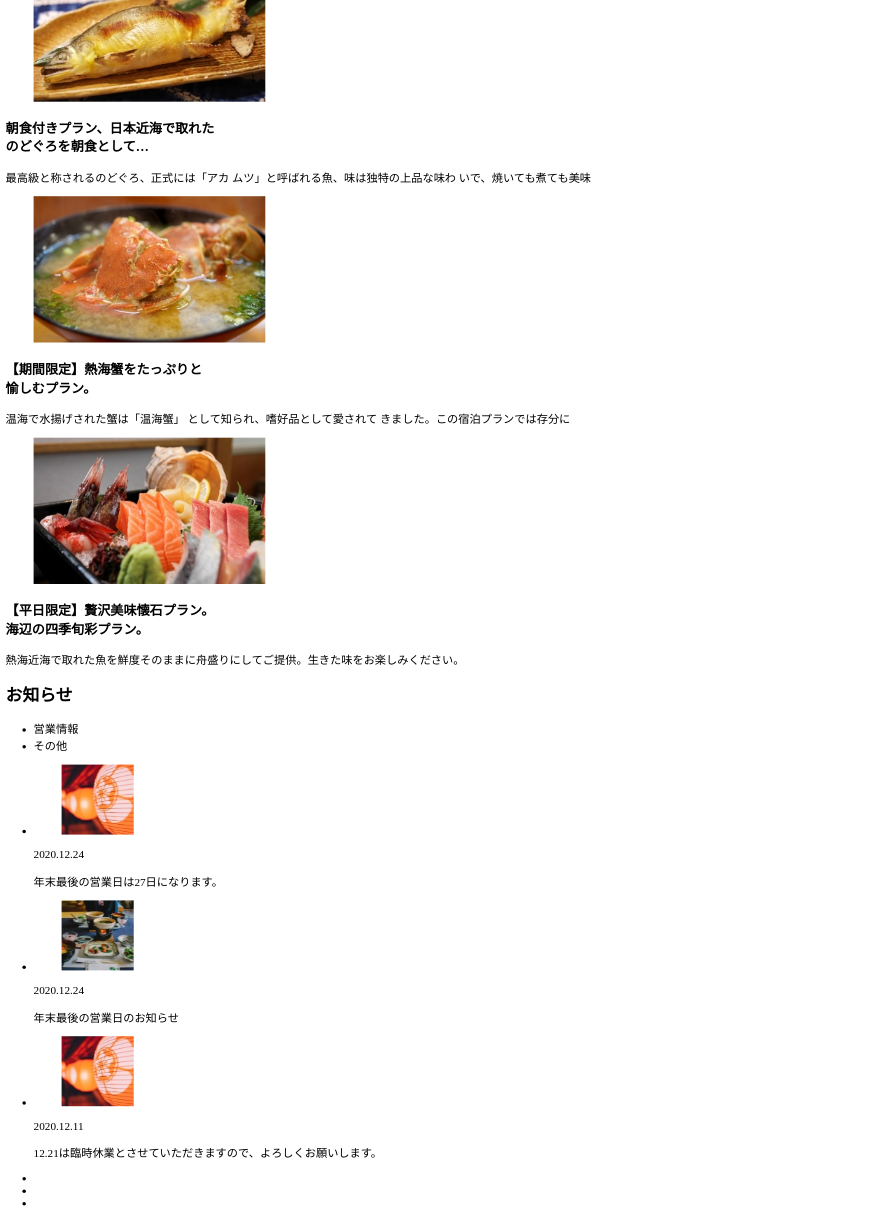
Repository: yuukiyokoyama/compex1
Page: index.html
An editor plug-in stored every save of this project. The page is shown before and after the next save, followed by the edit.
The browser window is 1280 px wide. The pictures show the part of the page from y = 3476 to 5396 px (the page is 5220 px tall before and 5396 px after), at 70% of full size.

Above is the page before, as saved 2021-09-17 23:35:47.

### index.html
<!DOCTYPE html>
<html lang="ja">
  <head>
    <meta charset="UTF-8" />
    <meta http-equiv="X-UA-Compatible" content="IE=edge" />
    <meta name="viewport" content="width=device-width, initial-scale=1.0" />
    <title>Document</title>
  </head>
  <body data-aos-easing="ease" data-aos-duration="400" data-aos-delay="0">
    <div id="fv">
      <div class="fv__img" style="background-image: url(images/mainbg01.jpg)"></div>
      <div class="fv__img" style="background-image: url(images/mainbg02.jpg)"></div>
      <div class="fv__img" style="background-image: url(images/mainbg03.jpg)"></div>

      <header>
        <div class="header__inner">
          <div class="header__inner--left">
            <h1 class="header_site-title">
              <a href="#">石井花壇</a>
            </h1>
            <div class="header__menu">
              <nav>
                <ul class="header__list">
                  <li class="header__list-item">
                    <a href="room.html">お部屋</a>
                  </li>
                  <li class="header__list-item">
                    <a href="cuisine.html">お料理</a>
                  </li>
                  <li class="header__list-item">
                    <a href="hot-spring.html">温泉</a>
                  </li>
                </ul>
              </nav>
            </div>
            <!-- header__menu -->
          </div>
          <!-- header__inner--left -->
          <div class="header__inner--right">
            <button class="header__reservation">宿泊予約</button>
            <button class="burger_btn">
              <span class="bars">
                <span class="bar bar_top"></span>
                <span class="bar baar_mid"></span>
                <span class="bar bar_bottom"></span>
              </span>
            </button>
          </div>
          <!-- header__inner--right -->
          <!-- モーダルエリアここから -->
          <section id="modalArea" class="modalArea">
            <div id="modalBg" class="modalBg"></div>
            <div class="modalWrapper">
              <form class="modalContents">
                <h2 class="modalAria__title">宿泊予約</h2>
                <dl class="form__body">
                  <dt>
                    <label for="name">お名前</label>
                  </dt>
                  <dd class="form_text">
                    <input type="text" name="name" id="name" placeholder="例：石井正悟" />
                  </dd>
                </dl>
                <dl class="form__body">
                  <dt><label for="mail-address"></label> メールアドレス</dt>
                  <dd class="form_text">
                    <input
                      type="text"
                      name="mail-address"
                      id="mail-address"
                      placeholder="例：Example@example.com"
                    />
                  </dd>
                </dl>
                <dl class="form__body">
                  <dt>
                    <label for="desired-plan"
                      >ご希望プラン（空いているプランのみ表示されます）</label
                    >
                  </dt>
                  <dd class="form__text">
                    <select name="desired-plan" id="desired-plan">
                      <option value="hidden">プランを選択してください</option>
                      <option value="limited-time">
                        【期間限定】海辺の四季旬彩、贅沢美味懐石プラン
                      </option>
                      <option value="weekday-plan">平日に優雅に楽しむ、特別宿泊プラン</option>
                      <option value="family-plan">
                        絶景貸切露天と個室会席を満喫できるファミリープラン
                      </option>
                    </select>
                  </dd>
                </dl>
                <dl class="form__body">
                  <dt><label for="date-select">日時選択</label></dt>
                  <dd class="form__text">
                    <input
                      type="text"
                      class="flatpickr flatpickr-input"
                      placeholder="日時を選択してください"
                      readonly="readonly"
                    />
                  </dd>
                </dl>
                <input type="submit" class="form__submit-btn" value="送信する" />
                <div id="closeModal" class="closeModal">×</div>
              </form>
            </div>
          </section>
        </div>
        <!-- header__inner -->
      </header>
      <div class="copy">頑張る人の<br />頑張らない時間</div>
    </div>
    <!-- fv -->
    <main>
      <article>
        <section class="preface">
          <div class="section__wrapper">
            <div
              class="preface__body aos-init aos-animate"
              data-aos="fade-up"
              data-aos-duration="2000"
            >
              <h2 class="preface_title">
                温海温泉の<br />
                美しさに癒されて<br />
              </h2>
              <p class="preface_text">
                東北の奥座敷である温海温泉泉卿<br />
                開湯は約1300年前とされ、役小角が<br />
                発見したと伝えられます
              </p>
              <p class="preface__text">
                石井花壇は江戸より続く由緒ある旅館で<br />
                クラシックな作りの中に大正ロマンあふれる<br />
                内装を残しております
              </p>
              <p class="preface_text">
                圧倒的癒しの空間で<br />
                頑張る現代人に<br />
                頑張らない圧倒的な非日常をご提供します
              </p>
              <p class="preface__name">石井花壇</p>
            </div>
            <!-- preface__body -->
          </div>
        </section>
        <section class="contents">
          <div class="contents__box">
            <figure
              class="contents__img-wrapper aos-init aos-animate"
              data-aos="fade-up"
              data-aos-duration="2000"
            >
              <img src="images/oheya-top.jpg" alt="お部屋" />
            </figure>
            <div
              class="contents__body aos-init aos-animate"
              data-aos="fade-up"
              data-aos-duration="2000"
            >
              <h3 class="contents__title">
                騒音から離れた空間<br />
                心落ち着く至極のひととき
              </h3>
              <p class="contents_text">
                まるで時が止まったかのような、圧倒的な静寂のなかで、<br />
                ひたすらにゆったりと…。<br />
                最高級の「何もしない時間」をお過ごしください。
              </p>
              <a class="coontents__btn" href="room.html">お部屋について</a>
            </div>
            <!-- contents__body -->
          </div>
          <!-- contents__box -->
          <div class="contents__box contents--reverse">
            <figure
              class="contents__img-wrapper--reverse aos-init aos-animate"
              data-aos="fade-up"
              data-duration="2000"
            >
              <img src="images/menu-top.jpg" alt="料理について" />
            </figure>
            <div
              class="contents__body contents__body--reveerse aos-init aos-animate"
              data-aos="fade-up"
              data-aos-duration="2000"
            >
              <h3 class="contents__title">
                出迎えるのは<br />
                極上の温海料理
              </h3>
              <p class="contents__text">
                最も旬の食材を愉しむ、最高の贅沢を<br />
                最高級A5ランクの米沢牛と共に頂く。<br />
                あなたの人生史に残る「極上の感動」を<br />
                お約束します。
              </p>
              <a href="cuisine.html" class="contents__btn">利用について</a>
            </div>
            <!-- contents__body contents__body--reverse -->
          </div>
          <!-- contents__box contents--reverse -->
          <div class="contents__box">
            <figure
              class="contents__img-wrapper aos-init"
              data-aos="fade-up"
              data-aos-duration="2000"
            >
              <img src="onsen-top.jpg" alt="お部屋について" />
            </figure>
            <div
              class="contents__body aos-init aos-animation"
              data-aos="fade-up"
              data-aos-duration="2000"
            >
              <h3 class="content__title">
                喧騒から離れた空間<br />
                心落ち着く至極のひととき
              </h3>
              <p class="content__text">
                まるで時が止まったかのような、圧倒的な静寂のなかで、<br />
                ひたすらにゆったりと…。<br />
                最高級の「何もしない時間」をお過ごしください。
              </p>
              <a href="hot-spring.html" class="contents__btn">温泉について</a>
            </div>
            <!-- contents__body-->
          </div>
          <!-- contents__box -->
        </section>
        <section class="lodging-plan">
          <div class="section__wrapper">
            <h2 class="section__title">おすすめご宿泊プラン</h2>
            <div class="lodging-plan__plans lodging-plan--col3">
              <div class="lodging-plans_item">
                <figure
                  class="lodging-plan__img-wrapper aos-init aos-animate"
                  data-aos="fade-up"
                  data-aos-duration="2000"
                >
                  <img src="images/recommended01.jpg" alt="朝食付きプラン" />
                </figure>
                <div
                  class="lodging-plan__body aos-init"
                  data-aos="fade-up"
                  data-aos-duration="2000"
                >
                  <h3 class="lodging-plan__title">
                    朝食付きプラン、日本近海で取れた<br />
                    のどぐろを朝食として…
                  </h3>
                  <p class="lodging-plan__text">
                    最高級と称されるのどぐろ、正式には「アカ
                    ムツ」と呼ばれる魚、味は独特の上品な味わ いで、焼いても煮ても美味
                  </p>
                </div>
                <!-- lodging-plan__body -->
                <a href="#" class="btn"></a>
              </div>
              <!-- lodging-plans_item -->
              <div class="lodging-plans_item">
                <figure
                  class="lodging-plan__img-wrapper aos-init aos-animate"
                  data-aos="fade-up"
                  data-aos-duration="2000"
                >
                  <img src="images/recommended02.jpg" alt="期間限定" />
                </figure>
                <div
                  class="lodging-plan__body aos-init aos-animate"
                  data-aos="fade-up"
                  data-aos-duration="2000"
                >
                  <h3 class="lodging-plan__title">
                    【期間限定】熱海蟹をたっぷりと<br />
                    愉しむプラン。
                  </h3>
                  <p class="lodging-plan__text">
                    温海で水揚げされた蟹は「温海蟹」 として知られ、嗜好品として愛されて
                    きました。この宿泊プランでは存分に
                  </p>
                </div>
                <!-- lodging-plan__body -->
                <a href="#" class="btn"></a>
              </div>
              <!-- lodging-plans_item -->
              <div class="lodging-plans_item">
                <figure
                  class="lodging-plan__img-wrapper aos-init aos-animate"
                  data-aos="fade-up"
                  data-aos-duration="2000"
                >
                  <img src="images/recommended03.jpg" alt="平日限定" />
                </figure>
                <div
                  class="lodging-plan__body aos-init aos-animate"
                  data-aos="fade-up"
                  data-aos-duration="2000"
                >
                  <h3 class="lodging-plan__title">
                    【平日限定】贅沢美味懐石プラン。<br />
                    海辺の四季旬彩プラン。
                  </h3>
                  <p class="lodging-plan__text">
                    熱海近海で取れた魚を鮮度そのままに舟盛りにしてご提供。生きた味をお楽しみください。
                  </p>
                </div>
                <!-- lodging-plan__body -->
                <a href="#" class="btn"></a>
              </div>
              <!-- lodging-plans_item -->
            </div>
            <!-- lodging-plan__plans lodging-plan--col3 -->
          </div>
          <!-- section__wrapper -->
        </section>
        <section class="news">
          <div class="section__wrapper">
            <h2 class="section__title">お知らせ</h2>
            <ul class="news__head">
              <li class="news__head-category js-tab-trigger is-active" data-id="tab01">営業情報</li>
              <li class="news__head-category js-tab-trigger" data-id="tab02">その他</li>
            </ul>
            <!-- news__head -->
            <div class="news__tab-menu js-tab-target is-active" id="tab01">
              <ul
                class="news__list aos-init aos-animate"
                data-aos="fade-up"
                data-aos-duration="2000"
              >
                <li class="news__list-item">
                  <div class="news__list-item-wrapper">
                    <figure class="news__img-wrapper">
                      <img src="images/news01.jpg" alt="ニュース" />
                    </figure>
                    <div class="news__body">
                      <p class="news__date">2020.12.24</p>
                      <p class="news__text">年末最後の営業日は27日になります。</p>
                    </div>
                    <!-- news__body -->
                  </div>
                  <!-- news__list-item-wrapper -->
                </li>
                <li class="news__list-item">
                  <div class="news__list-item-wrapper">
                    <figure class="news__img-wrapper">
                      <img src="images/news02.jpg" alt="ニュース" />
                    </figure>
                    <div class="news__body">
                      <p class="news__date">2020.12.24</p>
                      <p class="neews__text">年末最後の営業日のお知らせ</p>
                    </div>
                    <!-- news__body -->
                  </div>
                  <!-- news__list-item-wrapper -->
                </li>
                <li class="news__list-item">
                  <div class="news__list-item-wrapper">
                    <figure class="news__img-wrapper">
                      <img src="images/news01.jpg" alt="ニュース" />
                    </figure>
                    <div class="news__body">
                      <p class="news__date">2020.12.11</p>
                      <p class="news__text">
                        12.21は臨時休業とさせていただきますので、よろしくお願いします。
                      </p>
                    </div>
                    <!-- news__body -->
                  </div>
                  <!-- news__list-item-wrapper -->
                </li>
                <li class="news__list-item"></li>
                <li class="news__list-item"></li>
                <li class="news__list-item"></li>
              </ul>
            </div>
          </div>
        </section>
        <section class="access"></section>
      </article>
    </main>
  </body>
</html>

After the next save:
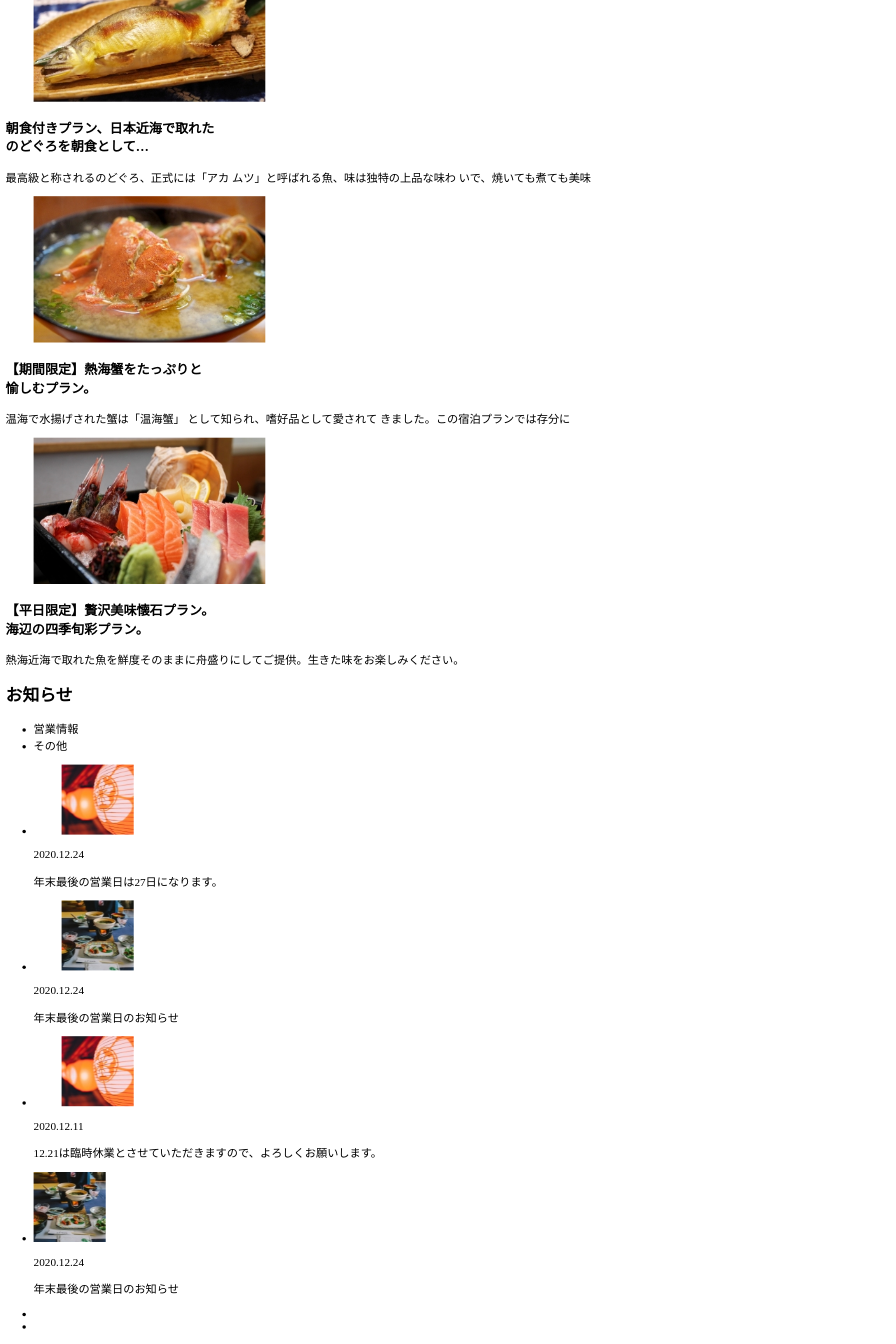
Saved 3 min 0 s later.
--- a/index.html
+++ b/index.html
@@ -371,7 +371,18 @@
                   </div>
                   <!-- news__list-item-wrapper -->
                 </li>
-                <li class="news__list-item"></li>
+                <li class="news__list-item">
+                  <div class="news__list-item-wrapper">
+                    <figure class="news__img-wrapper"></figure>
+                    <img src="images/news02.jpg" alt="ニュース" />
+                    <div class="news__body">
+                      <p class="news__date">2020.12.24</p>
+                      <p class="news__text">年末最後の営業日のお知らせ</p>
+                    </div>
+                    <!-- news__body -->
+                  </div>
+                  <!-- news__list-item-wrapper -->
+                </li>
                 <li class="news__list-item"></li>
                 <li class="news__list-item"></li>
               </ul>
